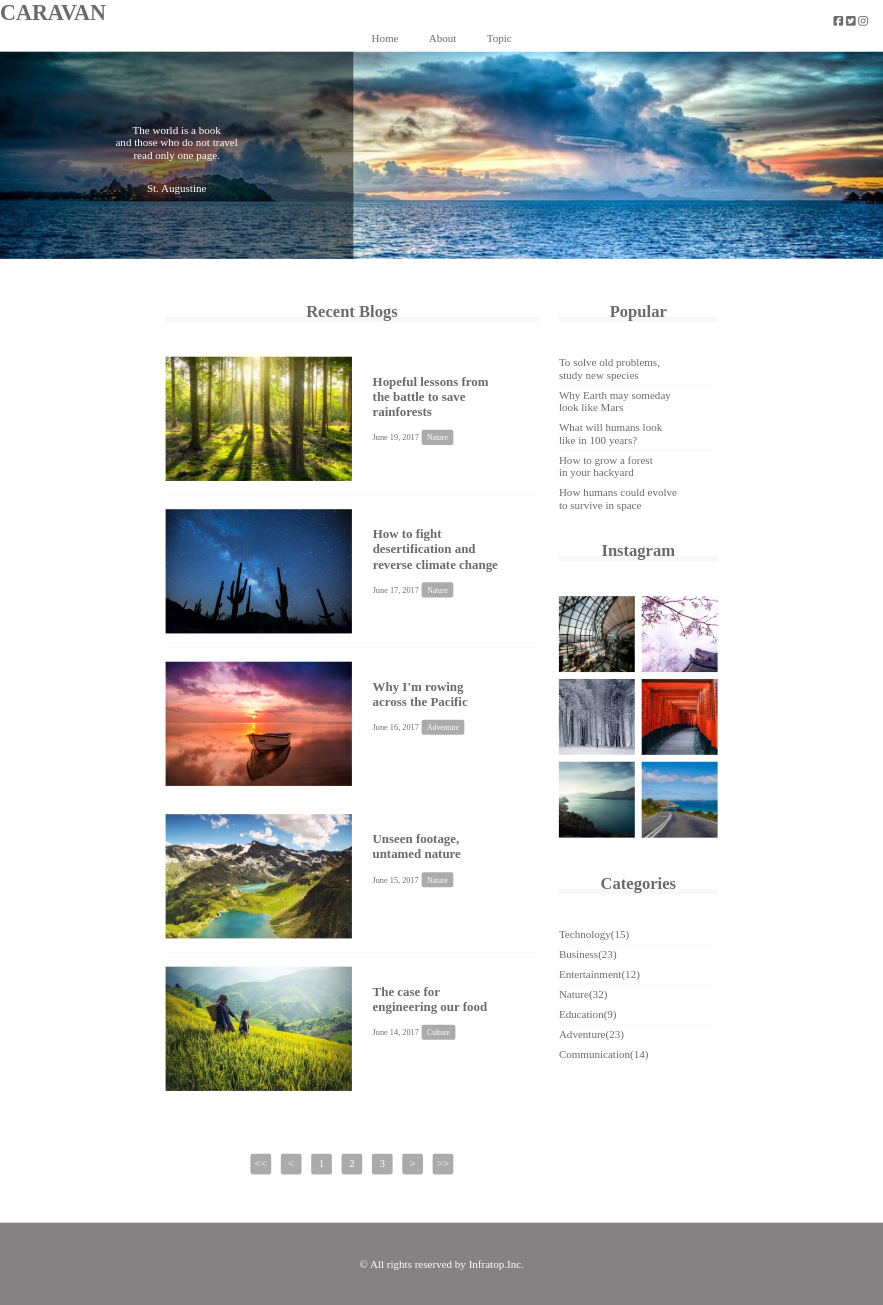
Repository: kowatann/sample_app
Page: caravan/index.html
The author's editor kept a record of every edit. The page is drawn from the files as they stood at one moment, then again after the next edit.
The browser window is 1280 px wide. The pictures show the whole page, at 69% of full size.
Some web libraries are served in a nearby version.

Above is the page before.

### caravan/index.html
<!DOCTYPE html>
<html lang="ja">
  <head>
    <meta charset="UTF-8" />

    <script src="https://kit.fontawesome.com/e8d2f3c1d8.js" crossorigin="anonymous"></script>

    <link rel="stylesheet" href="style.css" />
    <title>CARAVAN</title>
  </head>

  <body>

    <header>
      <h1 class="heading">
        <a href="index.html">
          CARAVAN
        </a>
      </h1>
      <div class="social">

        <i class="fab fa-facebook-square"></i>
        <i class="fab fa-twitter-square"></i>
        <i class="fab fa-instagram"></i>
      </div>
    </header>


    <nav>
      <ul class="nav-list">
        <li class="nav-list-item">
          <a href="index.html">Home</a>
        </li>
        <li class="nav-list-item">About</li>
        <li class="nav-list-item">Topic</li>
      </ul>
    </nav>


    <div class="main-visual">
      <div class="main-visual-content">
        <p class="main-visual-text">
          The world is a book<br />
          and those who do not travel<br />
          read only one page.
        </p>
        <p class="main-visual-name">
          St. Augustine
        </p>
      </div>
    </div>


    <main>
      <section class="blog">
        <h2 class="blog-heading">Recent Blogs</h2>
        <div class="blog-box">
          <div class="blog-item">
            <img class="blog-image" src="img/forest.jpg" />
            <section class="blog-text">
              <h3 class="blog-text-heading">
                <a href="single.html">
                  Hopeful lessons from<br />
                  the battle to save<br />
                  rainforests
                </a>
              </h3>
              <p class="blog-date">June 19, 2017</p>
              <span class="category">Nature</span>
            </section>
          </div>
          <div class="blog-item">
            <img class="blog-image" src="img/desert.jpg" />
            <section class="blog-text">
              <h3 class="blog-text-heading">
                <a href="single.html">
                  How to fight<br />
                  desertification and<br />
                  reverse climate change
                </a>
              </h3>
              <p class="blog-date">June 17, 2017</p>
              <span class="category">Nature</span>
            </section>
          </div>
          <div class="blog-item">
            <img class="blog-image" src="img/sunset.jpg" />
            <section class="blog-text">
              <h3 class="blog-text-heading">
                <a href="single.html">
                  Why I'm rowing<br />
                  across the Pacific
                </a>
              </h3>
              <p class="blog-date">June 16, 2017</p>
              <span class="category">Adventure</span>
            </section>
          </div>
          <div class="blog-item">
            <img class="blog-image" src="img/italy.jpg" />
            <section class="blog-text">
              <h3 class="blog-text-heading">
                <a href="single.html">
                  Unseen footage,<br />
                  untamed nature
                </a>
              </h3>
              <p class="blog-date">June 15, 2017</p>
              <span class="category">Nature</span>
            </section>
          </div>
          <div class="blog-item">
            <img class="blog-image" src="img/asia.jpg" />
            <section class="blog-text">
              <h3 class="blog-text-heading">
                <a href="single.html">
                  The case for<br />
                  engineering our food
                </a>
              </h3>
              <p class="blog-date">June 14, 2017</p>
              <span class="category">Culture</span>
            </section>
          </div>
        </div>
        <div class="pagination">
          <p><<</p>
          <p><</p>
          <p>1</p>
          <p>2</p>
          <p>3</p>
          <p>></p>
          <p>>></p>
        </div>      </section>
      <div class="sidebar">
        <section class="popular">
          <h2 class="popular-heading common-heading">Popular</h2>
          <div class="sidebar-contents">
            <p class="popular-text">
              To solve old problems,<br />study new species
            </p>
            <p class="popular-text">
              Why Earth may someday<br />look like Mars
            </p>
            <p class="popular-text">
              What will humans look<br />like in 100 years?
            </p>
            <p class="popular-text">
              How to grow a forest<br />in your backyard
            </p>
            <p class="popular-text">
              How humans could evolve<br />to survive in space
            </p>
          </div>
        </section>
        <section class="instagram">
          <h2 class="instagram-heading common-heading">Instagram</h2>
          <div class="sidebar-contents">
            <div class="instagram-box"></div>
            <div class="instagram-box"></div>
            <div class="instagram-box"></div>
            <div class="instagram-box"></div>
            <div class="instagram-box"></div>
            <div class="instagram-box"></div>
          </div>
        </section>
        <section class="categories">
          <h2 class="categories-heading common-heading">Categories</h2>
          <div class="sidebar-contents">
            <p class="categories-text">Technology(15)</p>
            <p class="categories-text">Business(23)</p>
            <p class="categories-text">Entertainment(12)</p>
            <p class="categories-text">Nature(32)</p>
            <p class="categories-text">Education(9)</p>
            <p class="categories-text">Adventure(23)</p>
            <p class="categories-text">Communication(14)</p>
          </div>
        </section>
      </div>
    </main>


    <footer>
      <p class="footer-text">© All rights reserved by Infratop.Inc.</p>
    </footer>
  </body>
</html>

### caravan/style.css
* {
  margin: 0;
  padding: 0;
  box-sizing: border-box;
  color: #6c6b6b;
}

a {
  text-decoration: none;
}



















header {
  position: relative;
}
.social {
  position: absolute;
  top: 22px;
  right: 22px;
}


header .heading {

  font-size: 32px;
}

.nav-list {
  text-align: center;
  padding: 10px 0;
  margin: 0 auto;
}

.nav-list-item {
  list-style: none;
  display: inline-block;
  margin: 0 20px;
}

.main-visual {
  width: 100%;
  height: 300px;
  background-image: url(img/mv.jpg);
  background-size: cover;
  background-position: center;
}

.main-visual-content {
  width: 40%;
  height: 300px;
  background-color: rgba(0, 0, 0, 0.5);
  text-align: center;
  padding-top: 105px;
}

.main-visual-text {
  color: #fff;
}

.main-visual-name {
  margin-top: 30px;
  color: #fff;
}

main {
  width: 800px;
  display: flex;
  justify-content: center;
  margin: 0 auto;
  padding: 70px 0;
}

.blog {
  width: 540px;
  margin-right: 30px;
}

.blog-heading {
  border-bottom: 8px solid #f7f7f7;
  text-align: center;
  line-height: 0.6;
}

.blog-box {
  padding-top: 50px;
}

.blog-item {
  padding-bottom: 20px;
  margin-bottom: 20px;
  border-bottom: 1px solid #f7f7f7;
  display: flex;
  justify-content: flex-start;
}

.blog-image {
  height: 180px;
}

.blog-text {
  padding: 25px 0 0 30px;
}

.blog-text-heading {
  padding-bottom: 15px;
}

.blog-date {
  font-size: 12px;
  display: inline-block;
}

.category {
  display: inline-block;
  padding: 5px 8px;
  background-color: #acabab;
  border-radius: 3px;
  color: #fff;
  font-size: 11px;
}

.pagination {
  text-align: center;
  padding-top: 50px;
}

.pagination p {
  display: inline-block;
  width: 30px;
  height: 30px;
  margin: 0 5px;
  color: #fff;
  background-color: #acabab;
  border-radius: 3px;
  line-height: 30px;
}
.sidebar {
  width: 230px;
}

.common-heading {
  border-bottom: 8px solid #f7f7f7;
  text-align: center;
  line-height: 0.6;
}

.sidebar-contents {
  padding: 50px 0;
}

.popular-text,
.categories-text {
  padding-bottom: 5px;
  border-bottom: 1px solid #f7f7f7;
  margin-bottom: 5px;
}
.popular-text:last-child,
.categories-text:last-child {
  margin: 0;
  padding: 0;
  border: none;
}

.instagram .sidebar-contents {
  display: flex;
  flex-wrap: wrap;
}

.instagram-box {
  width: 110px;
  padding-top: 110px;
  background-size: cover;
  background-position: center;
  margin-bottom: 10px;
}

.instagram-box:nth-child(odd) {
  margin: 0 10px 10px 0;
}

.instagram-box:nth-child(1) {
  background-image: url(img/airport.jpg);
}

.instagram-box:nth-child(2) {
  background-image: url(img/japan.jpg);
}

.instagram-box:nth-child(3) {
  background-image: url(img/snow.jpg);
}

.instagram-box:nth-child(4) {
  background-image: url(img/japan2.jpg);
}

.instagram-box:nth-child(5) {
  background-image: url(img/lake.jpg);
}

.instagram-box:nth-child(6) {
  background-image: url(img/road.jpg);
}

footer {
  width: 100%;
  height: 120px;
  text-align: center;
  line-height: 120px;
  background-color: #848282;
}

.footer-text {
  color: #fff;
}

After the next edit:
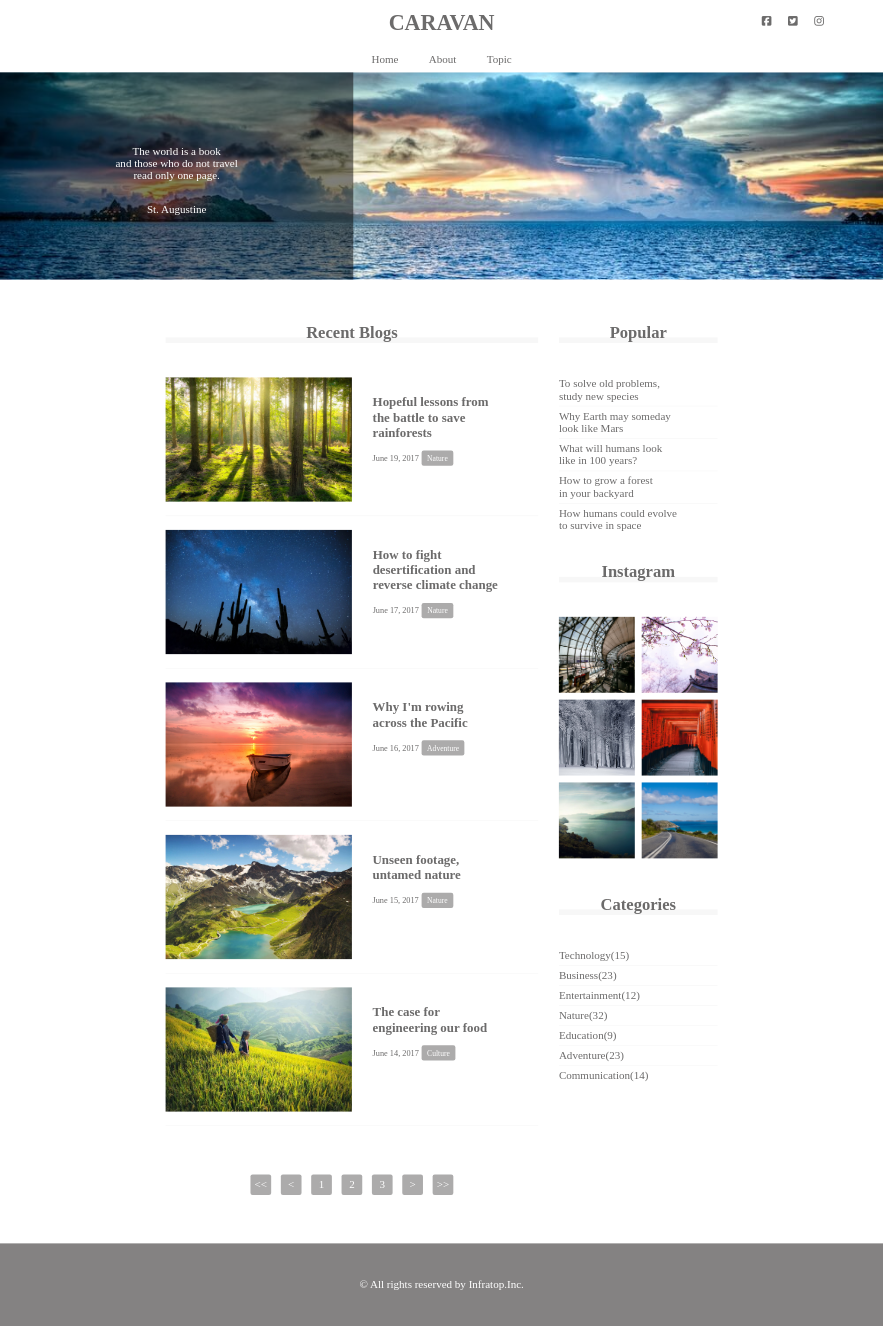
The edit:
--- a/caravan/style.css
+++ b/caravan/style.css
@@ -9,23 +9,18 @@
   text-decoration: none;
 }
 
-
-
-
-
-
-
-
-
-
-
-
-
-
-
-
-
-
+header {
+  width: 90%; /* 横幅90% */
+  padding: 15px 0;
+  margin: 0 auto;
+  text-align: center;
+  position: relative;
+}
+
+.social i {
+  display: inline-block;
+  margin-left: 20px;
+}
 
 header {
   position: relative;
